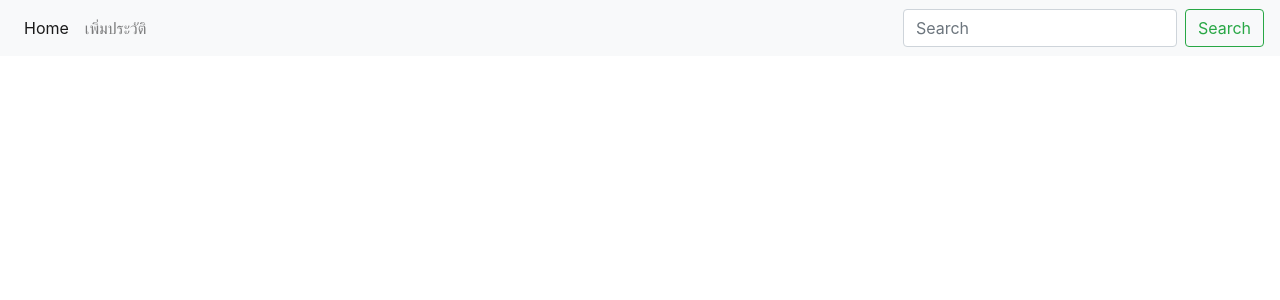
Repository: p2job/javawebapp
Page: http://localhost/demojsp/search.jsp
An editor plug-in stored every save of this project. The page is shown before and after the next save, followed by the edit.
The browser window is 1280 px wide. The pictures show the whole page.
The page is served by Tomcat 9. Queries for data that is not in the repository find no rows.

Above is the page before, as saved 2020-07-31 10:31:30.

### demojsp/WebContent/search.jsp
  <%@page contentType="text/html" pageEncoding="UTF-8"%>
  <%@ page import="java.sql.*"  %>
<!DOCTYPE html>
<html>
<head>
<meta http-equiv="Content-Type" content="text/html; charset=UTF-8">
<meta name="viewport" content="width=device-width, initial-scale=1, shrink-to-fit=no">
<link rel="stylesheet" href="https://stackpath.bootstrapcdn.com/bootstrap/4.5.0/css/bootstrap.min.css" integrity="sha384-9aIt2nRpC12Uk9gS9baDl411NQApFmC26EwAOH8WgZl5MYYxFfc+NcPb1dKGj7Sk" crossorigin="anonymous">
<title>Insert title here</title>
</head>
<body>
<nav class="navbar navbar-expand-lg navbar-light bg-light">
  <button class="navbar-toggler" type="button" data-toggle="collapse" data-target="#navbarTogglerDemo01" aria-controls="navbarTogglerDemo01" aria-expanded="false" aria-label="Toggle navigation">
    <span class="navbar-toggler-icon"></span>
  </button>
  <div class="collapse navbar-collapse" id="navbarTogglerDemo01">
    <ul class="navbar-nav mr-auto mt-2 mt-lg-0">
      <li class="nav-item active">
        <a class="nav-link" href="index.jsp">Home <span class="sr-only">(current)</span></a>
      </li>
      <li class="nav-item">
        <a class="nav-link" href="insert.jsp">เพิ่มประวัติ</a>
      </li>
    </ul>
    <%
	String keyword = "";
	if(request.getParameter("txtKeyword") != null) {
		keyword = request.getParameter("txtKeyword");
	}
%>
    <form class="form-inline my-2 my-lg-0" name="frmSearch" method="get" action="search.jsp">
      <input class="form-control mr-sm-2" type="search" placeholder="Search" aria-label="Search" id="txtKeyword" name="txtKeyword" value="<%=keyword%>">
      <button class="btn btn-outline-success my-2 my-sm-0" type="submit">Search</button>
    </form>
  </div>
</nav>

	<script src="https://code.jquery.com/jquery-3.5.1.slim.min.js" integrity="sha384-DfXdz2htPH0lsSSs5nCTpuj/zy4C+OGpamoFVy38MVBnE+IbbVYUew+OrCXaRkfj" crossorigin="anonymous"></script>
    <script src="https://cdn.jsdelivr.net/npm/popper.js@1.16.0/dist/umd/popper.min.js" integrity="sha384-Q6E9RHvbIyZFJoft+2mJbHaEWldlvI9IOYy5n3zV9zzTtmI3UksdQRVvoxMfooAo" crossorigin="anonymous"></script>
    <script src="https://stackpath.bootstrapcdn.com/bootstrap/4.5.0/js/bootstrap.min.js" integrity="sha384-OgVRvuATP1z7JjHLkuOU7Xw704+h835Lr+6QL9UvYjZE3Ipu6Tp75j7Bh/kR0JKI" crossorigin="anonymous"></script>
</body>
</html>

After the next save:
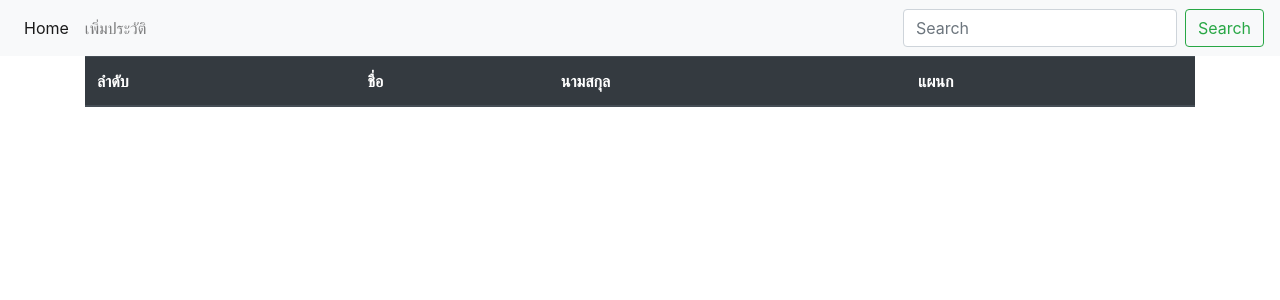
Saved 51 s later.
--- a/demojsp/WebContent/search.jsp
+++ b/demojsp/WebContent/search.jsp
@@ -34,7 +34,49 @@
     </form>
   </div>
 </nav>
+<div class="container">
 
+<table class="table">
+  <thead class="thead-dark">
+  <%
+                Connection connect = null;
+            	ResultSet rec = null;
+            	Statement s= null;
+	try {
+		Class.forName("com.mysql.jdbc.Driver");
+		connect =  DriverManager.getConnection("jdbc:mysql://localhost/employee" +
+				"?user=root&password=");
+		s = connect.createStatement();
+		String sql="SELECT * FROM employee emp LEFT JOIN department de ON de.Department_ID = emp.Department_ID";
+		rec=s.executeQuery(sql);
+
+
+	} catch (Exception e) {
+		// TODO Auto-generated catch block
+		out.println(e.getMessage());
+		e.printStackTrace();
+	}
+
+	%>
+    <tr>
+      <th scope="col">ลำดับ</th>
+      <th scope="col">ชื่อ</th>
+      <th scope="col">นามสกุล</th>
+      <th scope="col">แผนก</th>
+    </tr>
+  </thead>
+  <tbody>
+  <% while((rec!=null)&&(rec.next())) {%>
+    <tr>
+      <th scope="row"><%= rec.getString("ID") %></th>
+      <td><a href="edit.jsp?ID=<%= rec.getString("ID") %>"><%= rec.getString("Name_Prefix") %><%= rec.getString("First_Name") %></a></td>
+      <td><%= rec.getString("Last_Name") %></td>
+      <td><%= rec.getString("Department_Name") %></td>
+    </tr>
+    <% } %>
+  </tbody>
+</table>
+</div>
 	<script src="https://code.jquery.com/jquery-3.5.1.slim.min.js" integrity="sha384-DfXdz2htPH0lsSSs5nCTpuj/zy4C+OGpamoFVy38MVBnE+IbbVYUew+OrCXaRkfj" crossorigin="anonymous"></script>
     <script src="https://cdn.jsdelivr.net/npm/popper.js@1.16.0/dist/umd/popper.min.js" integrity="sha384-Q6E9RHvbIyZFJoft+2mJbHaEWldlvI9IOYy5n3zV9zzTtmI3UksdQRVvoxMfooAo" crossorigin="anonymous"></script>
     <script src="https://stackpath.bootstrapcdn.com/bootstrap/4.5.0/js/bootstrap.min.js" integrity="sha384-OgVRvuATP1z7JjHLkuOU7Xw704+h835Lr+6QL9UvYjZE3Ipu6Tp75j7Bh/kR0JKI" crossorigin="anonymous"></script>
